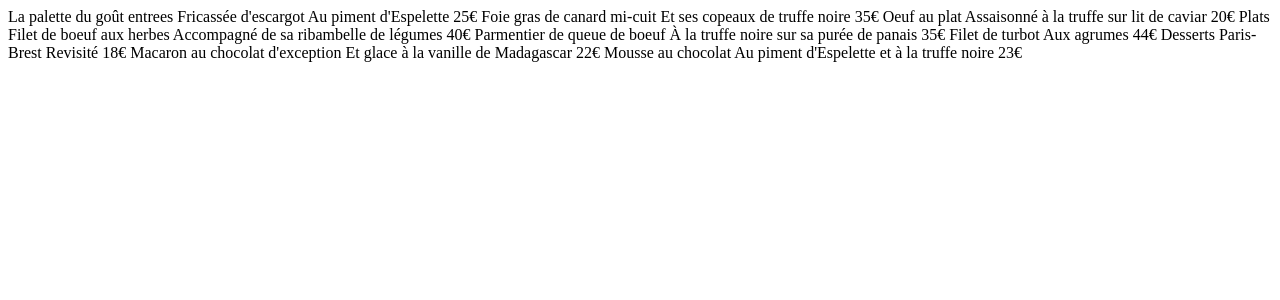
Repository: lysianebo/OHMYFOOD
Page: la_palette_du_goût.html
The author's editor kept a copy of each file at every save. The page is drawn from the files as they stood at one save, then again after the next save.
The browser window is 1280 px wide. The pictures show the whole page.

Above is the page before, as saved 2022-10-22 15:14:27.

### la_palette_du_goût.html
<!DOCTYPE html>
<html lang="en">
<head>
    <meta charset="UTF-8">
    <meta http-equiv="X-UA-Compatible" content="IE=edge">
    <meta name="viewport" content="width=device-width, initial-scale=1.0">
    <title>Document</title>
</head>
<body>
    La palette du goût

    entrees
    Fricassée d'escargot
    Au piment d'Espelette
    25€

    Foie gras de canard mi-cuit
    Et ses copeaux de truffe noire
    35€

    Oeuf au plat
    Assaisonné à la truffe sur lit de caviar
    20€


    Plats
    Filet de boeuf aux herbes
    Accompagné de sa ribambelle de légumes
    40€

    Parmentier de queue de boeuf
    À la truffe noire sur sa purée de panais
    35€

    Filet de turbot
    Aux agrumes
    44€

    Desserts
    Paris-Brest
    Revisité
    18€

    Macaron au chocolat d'exception
    Et glace à la vanille de Madagascar
    22€

    Mousse au chocolat
    Au piment d'Espelette et à la truffe noire
    23€

</body>
</html>

After the next save:
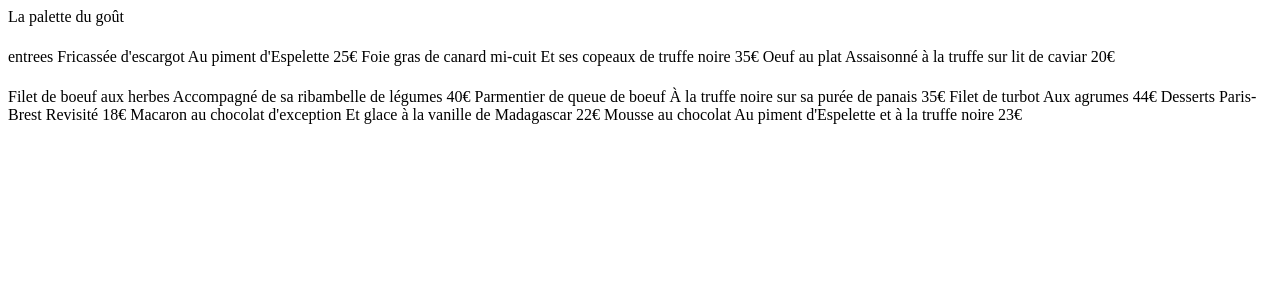
Saved 16 s later.
--- a/la_palette_du_goût.html
+++ b/la_palette_du_goût.html
@@ -9,7 +9,7 @@
 <body>
     La palette du goût
 
-    entrees
+    <h5></h5>entrees
     Fricassée d'escargot
     Au piment d'Espelette
     25€
@@ -23,7 +23,7 @@
     20€
 
 
-    Plats
+    <h5></h5>
     Filet de boeuf aux herbes
     Accompagné de sa ribambelle de légumes
     40€
